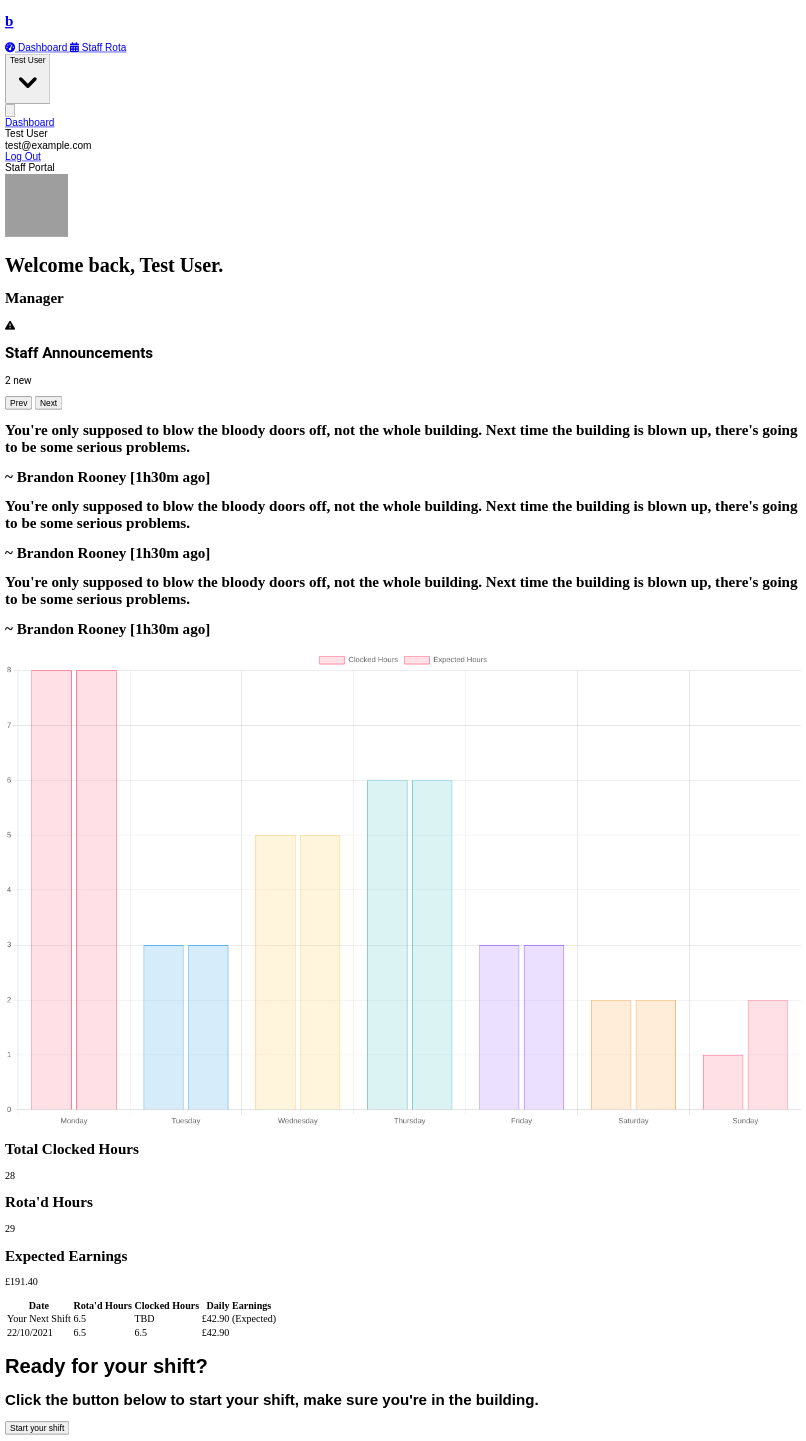
Repository: SimplyBrandon/blue-lounge
Page: http://localhost/dashboard
The author's editor kept a copy of each file at every save. The page is drawn from the files as they stood at one save, then again after the next save.
The browser window is 1280 px wide. The pictures show the whole page, at 63% of full size.
Pictures or frames that could not be fetched are drawn as grey boxes. Some web libraries are served in a nearby version. The page is served by the project's Laravel application, run on PHP 8.4 with Laravel 8. A made-up administrator, Test User (test@example.com), is signed in.

Above is the page before, as saved 2021-10-25 21:24:01.

After the next save:
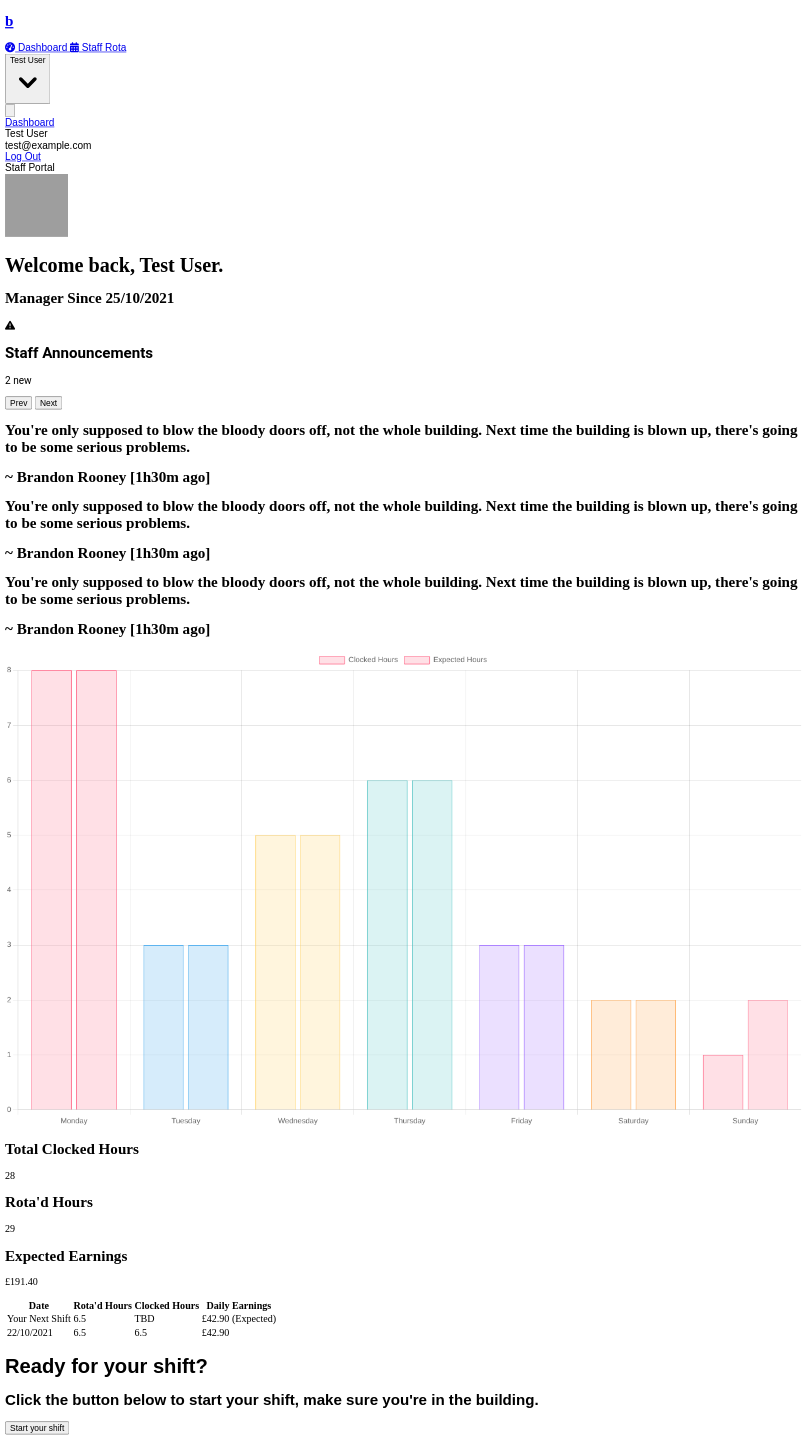
Saved 43 s later.
--- a/resources/views/dashboard.blade.php
+++ b/resources/views/dashboard.blade.php
@@ -6,7 +6,7 @@
             <img style="height: 100px; width: 100px" class="rounded-full" src="https://scontent-lcy1-2.xx.fbcdn.net/v/t1.6435-9/84535118_2234335966869824_9114908075222892544_n.jpg?_nc_cat=109&ccb=1-5&_nc_sid=174925&_nc_ohc=PrEuIakgkSUAX-vH-My&_nc_oc=AQl756Ga_89dfl1ea04bhESo-M_UvA54eUZ44fY09oV9l0hgbeK2ZOpLk8ZycNZk9_Q&_nc_ht=scontent-lcy1-2.xx&oh=06b37e2e49cc5251256a60e1cdaee3e6&oe=619D74C0"/>
             <div class="flex flex-col ml-10">
                 <h1 class="text-3xl text-white">Welcome back, <strong>{{ Auth::user()->name }}</strong>.</h1>
-                <h2 class="text-red-400 text-2xl mt-3 tracking-wider" style="font-family: 'Bebas Neue', cursive">Manager</h2>
+                <h2 class="text-red-400 text-2xl mt-3 tracking-wider" style="font-family: 'Bebas Neue', cursive">Manager <span class="text-gray-300">Since 25/10/2021</span></h2>
             </div>
         </div>
 
